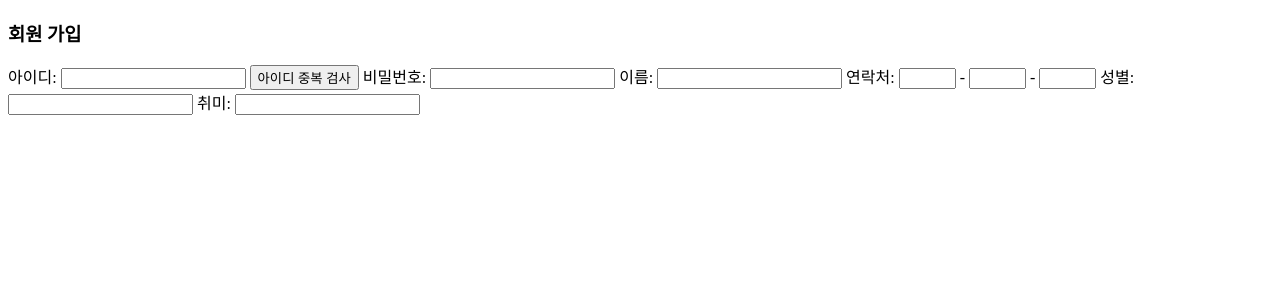
Repository: SJM7301/KH-JSP
Page: http://localhost/JSPBook/ch06/form04.jsp
These files come from the project's save history. The page is drawn as it stood at one moment and after the next save; the edit follows.
The browser window is 1280 px wide. The pictures show the whole page.
The page is served by Tomcat 10. Other server files are loaded and not shown.

Above is the page before, as saved 2025-02-05 00:32:45.

### JSPBook/src/main/webapp/ch06/form04.jsp
<%@ page language="java" contentType="text/html; charset=UTF-8"
    pageEncoding="UTF-8"%>
<!DOCTYPE html>
<html>
<head>
<meta charset="UTF-8">
<title>Insert title here</title>
</head>
<body>
	<h3>회원 가입</h3>
	<form action="#" name="member" method="post">
		<p>
			아이디: <input type="text" name="id"> <input type="button" value="아이디 중복 검사">
			비밀번호: <input type="password" name="passwd">
			이름: <input type="text" name="name">
			연락처: <input type="text" maxlength="4" size="4" name="phone1">
				- <input type="text" maxlength="4" size="4" name="phone2">
				- <input type="text" maxlength="4" size="4" name="phone3">
			성별: <input type="text">
			취미: <input type="text">

		</p>
	</form>
</body>
</html>

After the next save:
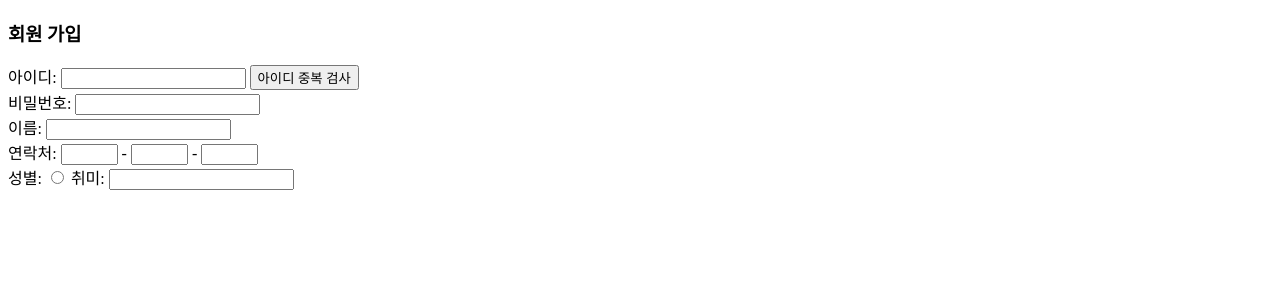
Saved 56 s later.
--- a/JSPBook/src/main/webapp/ch06/form04.jsp
+++ b/JSPBook/src/main/webapp/ch06/form04.jsp
@@ -10,13 +10,13 @@
 	<h3>회원 가입</h3>
 	<form action="#" name="member" method="post">
 		<p>
-			아이디: <input type="text" name="id"> <input type="button" value="아이디 중복 검사">
-			비밀번호: <input type="password" name="passwd">
-			이름: <input type="text" name="name">
+			아이디: <input type="text" name="id"> <input type="button" value="아이디 중복 검사"> <br>
+			비밀번호: <input type="password" name="passwd"> <br>
+			이름: <input type="text" name="name"> <br>
 			연락처: <input type="text" maxlength="4" size="4" name="phone1">
 				- <input type="text" maxlength="4" size="4" name="phone2">
-				- <input type="text" maxlength="4" size="4" name="phone3">
-			성별: <input type="text">
+				- <input type="text" maxlength="4" size="4" name="phone3"> <br>
+			성별: <input type="radio" name="sex" value="">
 			취미: <input type="text">
 
 		</p>
